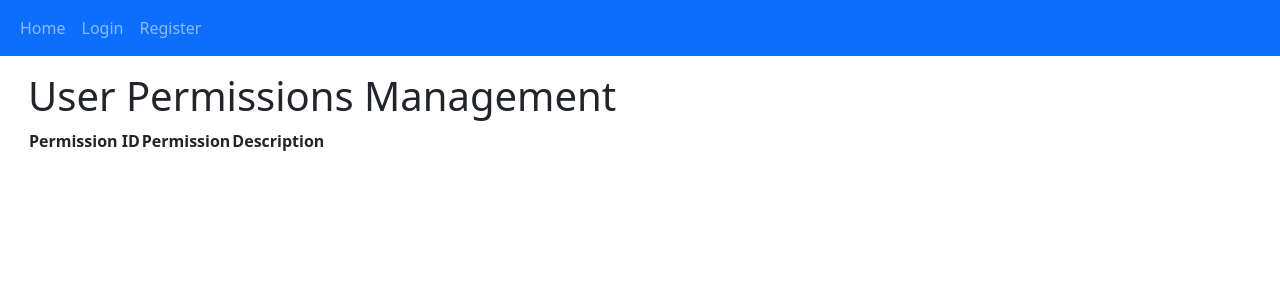
Repository: Matsikembareb/myPowervision
Page: http://localhost/permissions
The author's editor kept a copy of each file at every save. The page is drawn from the files as they stood at one save, then again after the next save.
The browser window is 1280 px wide. The pictures show the whole page.
The page is served by the project's application, run on Flask 3 (01prototype/myPowervision/__init__.py).

Above is the page before, as saved 2025-09-26 15:12:12.

After the next save:
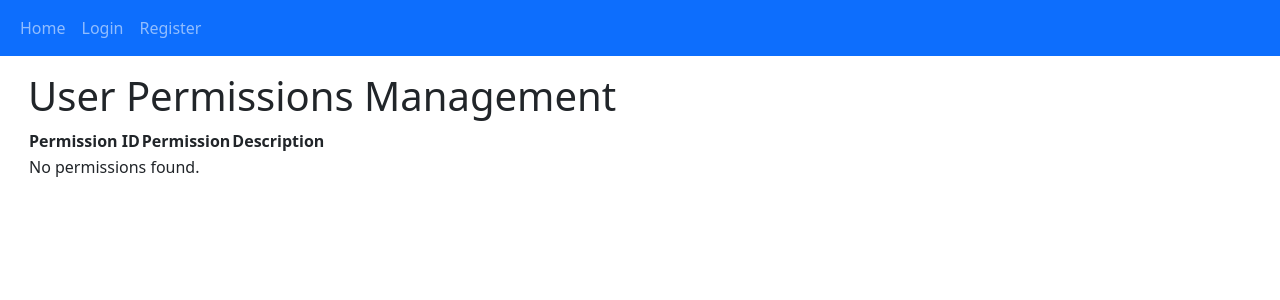
Saved 80 s later.
--- a/01prototype/myPowervision/templates/user_management/permissions.html
+++ b/01prototype/myPowervision/templates/user_management/permissions.html
@@ -10,13 +10,19 @@
         </tr>
     </thead>
     <tbody>
-        {% for permission in permissions %}
+        {% if permissions %}
+            {% for permission in permissions %}
+            <tr>
+                <td>{{ permission.id }}</td>
+                <td>{{ permission.name }}</td>
+                <td>{{ permission.description }}</td>
+            </tr>
+            {% endfor %}
+        {% else %}
         <tr>
-            <td>{{ permission.id }}</td>
-            <td>{{ permission.name }}</td>
-            <td>{{ permission.description }}</td>
+            <td colspan="3">No permissions found.</td>
         </tr>
-        {% endfor %}
+        {% endif %}
     </tbody>
 </table>
 {% endblock content %}
